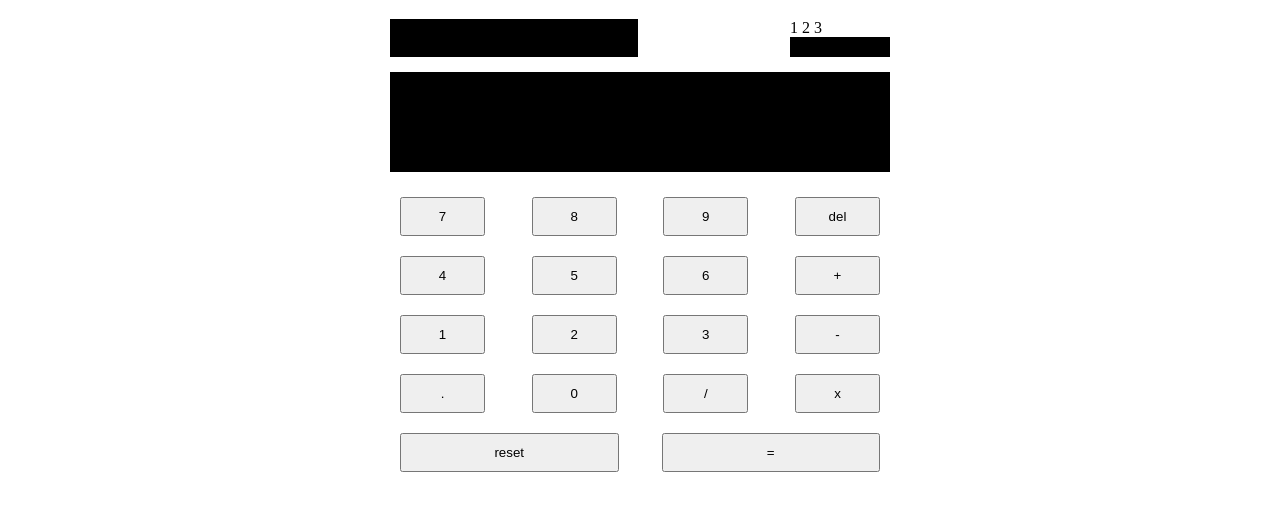
Repository: Eugene44-hub/basic-calculator
Page: index.html
These files come from the project's save history. The page is drawn as it stood at one moment and after a run of saves; the edit follows.
The browser window is 1280 px wide. The pictures show the whole page.

Above is the page before, as saved 2021-10-01 14:38:00.
Console error: SyntaxError: Unexpected end of input

After the next 4 saves:
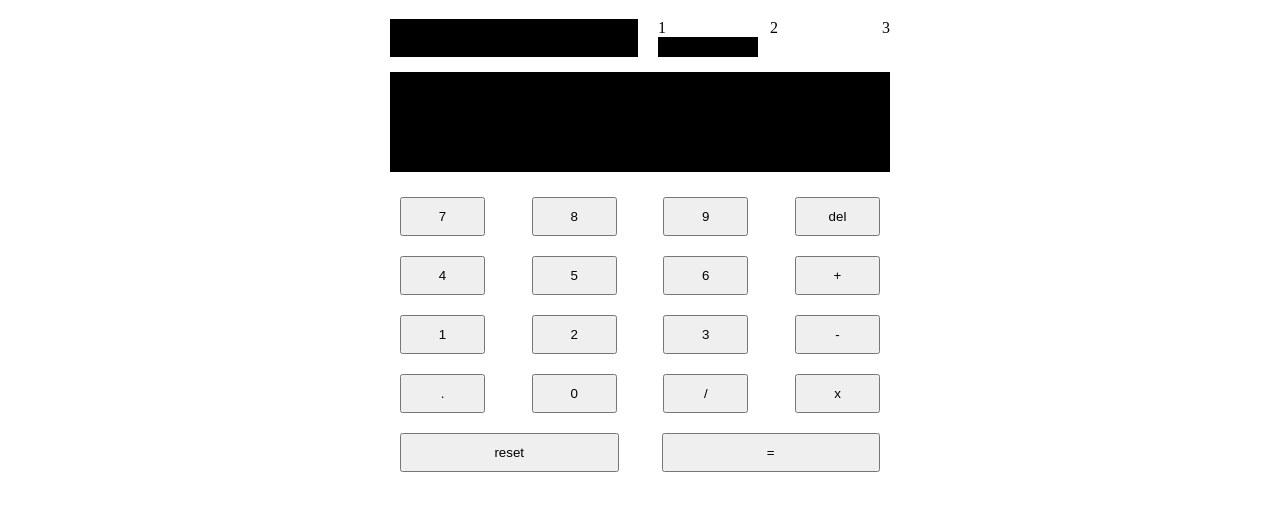
The 4 saves are shown as one change because they came seconds apart.
The last was saved 39 s later.
--- a/style.css
+++ b/style.css
@@ -30,6 +30,7 @@ body {
 
 .number-toggle {
     float: right;
+    word-spacing: 100px;
 }
 
 .cal-container {

After the 2 saves that followed:
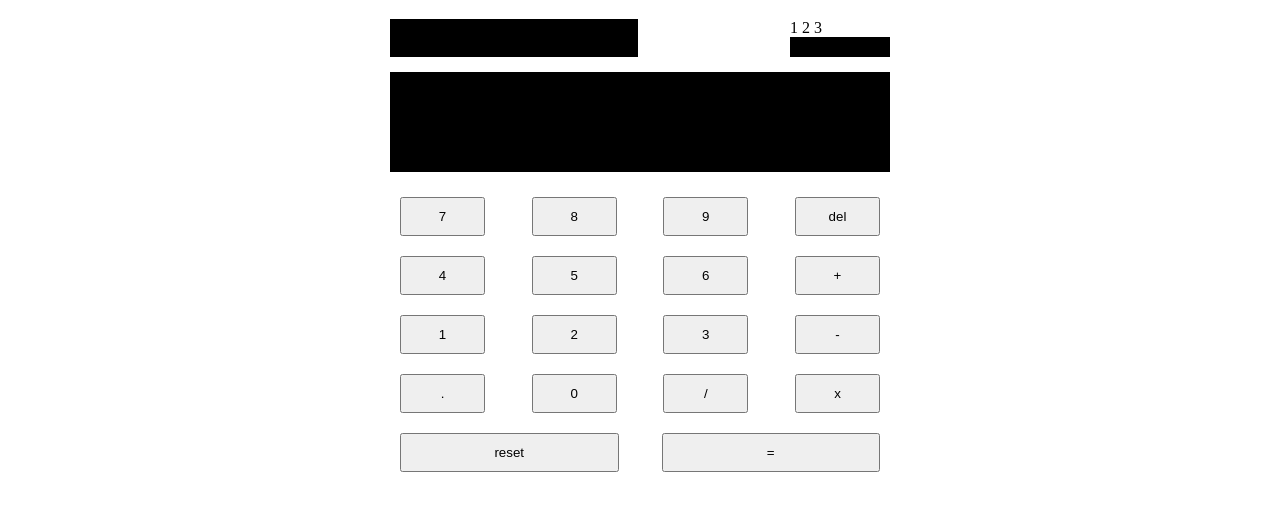
The 2 saves are shown as one change because they came seconds apart.
The last was saved 7 s later.
--- a/style.css
+++ b/style.css
@@ -30,7 +30,7 @@ body {
 
 .number-toggle {
     float: right;
-    word-spacing: 100px;
+    word-spacing: 1;
 }
 
 .cal-container {
